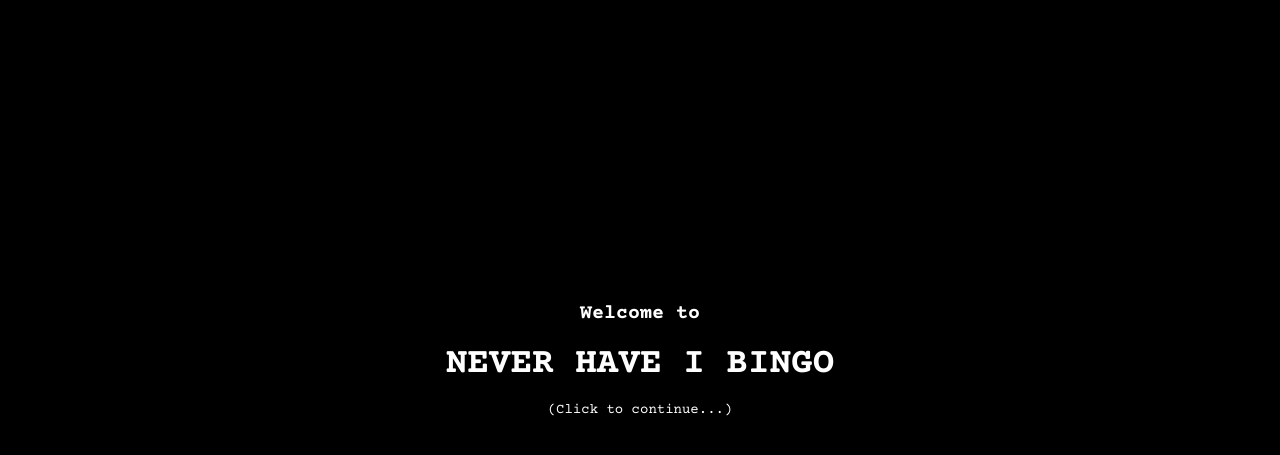
Repository: Jeysmeister/sensoryminds-bingo
Page: /
The author's editor kept a copy of each file at every save. The page is drawn from the files as they stood at one save, then again after the next save.
The browser window is 1280 px wide. The pictures show the whole page.
The project was rebuilt for these pictures with package versions that can differ from the ones it lists, and the page was loaded fresh each time. The framework's server and built-in components were replaced by stand-ins that run in the browser. Also part of the build but not shown: next.config.ts.

Above is the page before, as saved 2024-11-12 18:31:36.

After the next save:
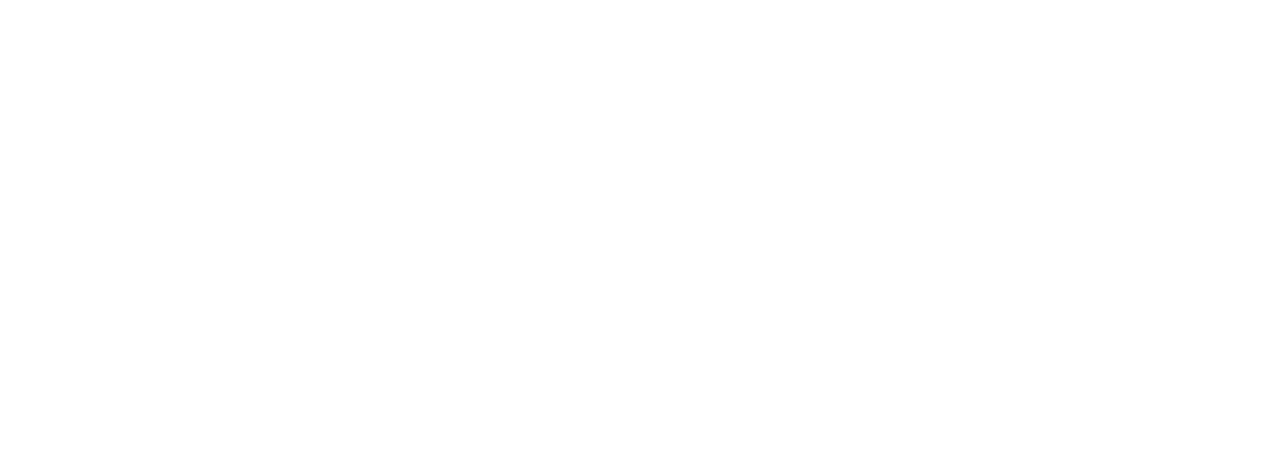
Saved 16 s later.
--- a/app/page.tsx
+++ b/app/page.tsx
@@ -16,7 +16,6 @@
   const questions = getRandomQuestions(24);
 
   const slideInVariant = {
-    default: { x: 0, opacity: 1, width: "100%" },
     invisible: { x: "100%", opacity: 0, width: 0 },
     visible: { x: 0, opacity: 1, width: 0, transition: { duration: 2 } },
   };
@@ -26,7 +25,7 @@
       <motion.div
         className="w-screen h-screen flex justify-center items-center text-white bg-black flex-col gap-4 cursor-pointer"
         onClick={() => setActiveSection(1)}
-        initial="default"
+        initial="visible"
         animate={`${activeSection === 1 ? "invisible" : activeSection === 2 && "invisible"}`}
         exit="slideOut"
         variants={slideInVariant}

After the 2 saves that followed:
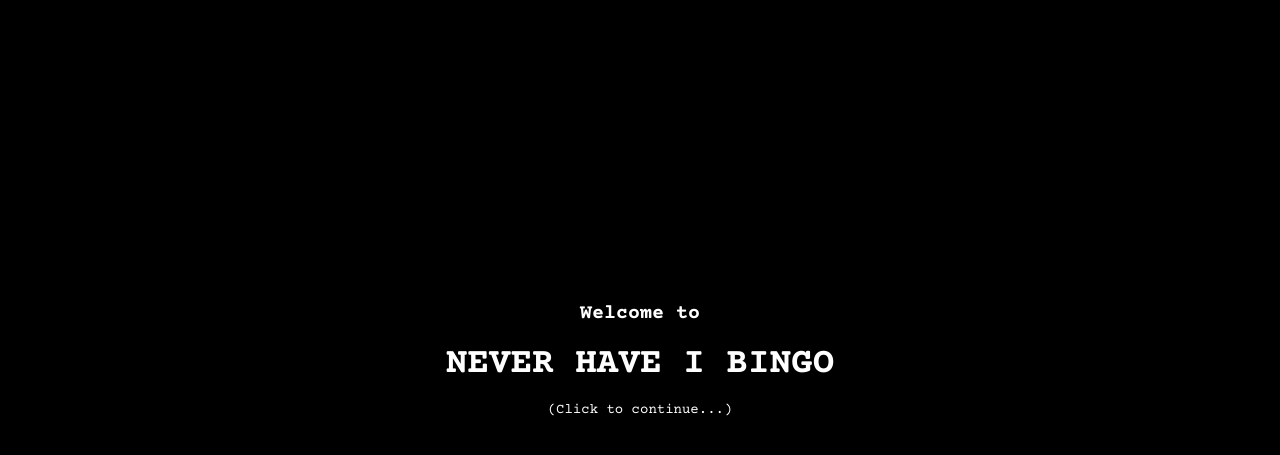
The 2 saves are shown as one change because 1 left the picture as it was.
The last was saved 9 s later.
--- a/app/page.tsx
+++ b/app/page.tsx
@@ -16,6 +16,7 @@
   const questions = getRandomQuestions(24);
 
   const slideInVariant = {
+    default: { x: 0, opacity: 1, width: "100%" },
     invisible: { x: "100%", opacity: 0, width: 0 },
     visible: { x: 0, opacity: 1, width: 0, transition: { duration: 2 } },
   };
@@ -25,7 +26,7 @@
       <motion.div
         className="w-screen h-screen flex justify-center items-center text-white bg-black flex-col gap-4 cursor-pointer"
         onClick={() => setActiveSection(1)}
-        initial="visible"
+        initial="default"
         animate={`${activeSection === 1 ? "invisible" : activeSection === 2 && "invisible"}`}
         exit="slideOut"
         variants={slideInVariant}
